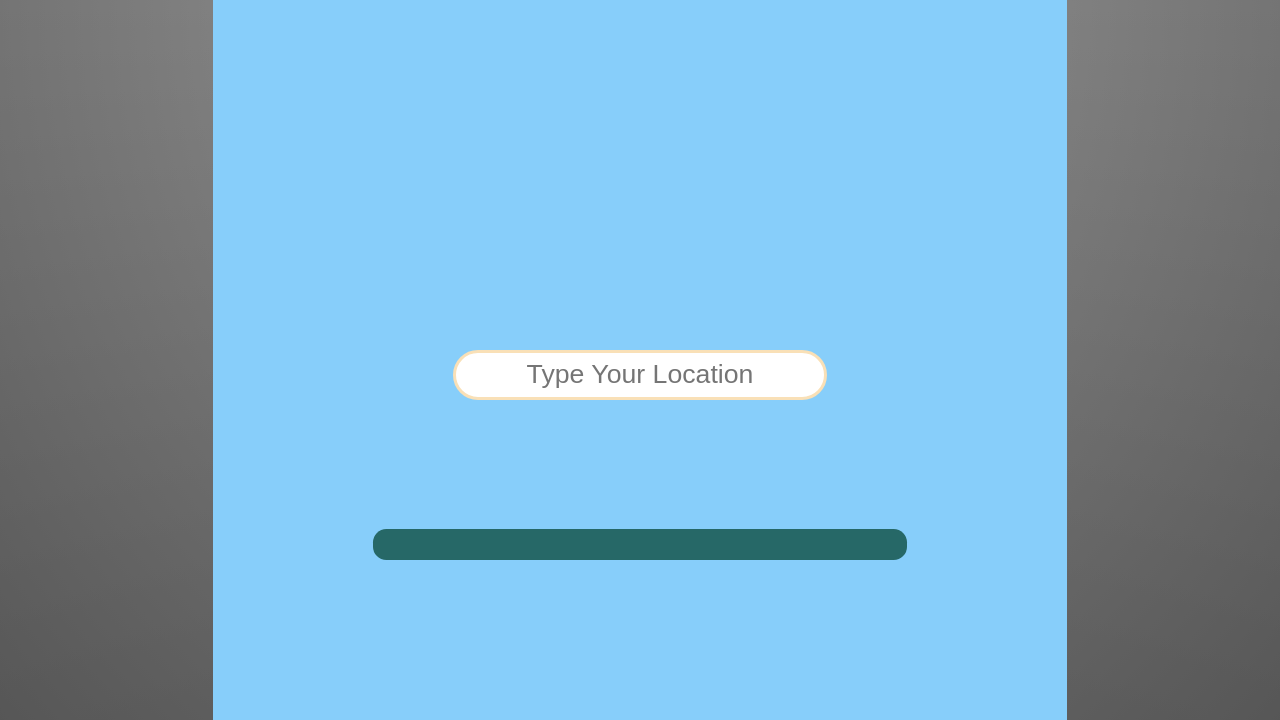
Repository: Heidingg/weather_app
Page: /
These files come from the project's save history. The page is drawn as it stood at one moment and after the next save; the edit follows.
The browser window is 1280 px wide. The pictures show the whole page.
The project was rebuilt for these pictures with package versions that can differ from the ones it lists, and the page was loaded fresh each time. The framework's server and built-in components were replaced by stand-ins that run in the browser. Also part of the build but not shown: next.config.js.

Above is the page before, as saved 2023-01-23 01:49:37.

### pages/index.js
import Head from 'next/head';
import Image from 'next/image';
import { Inter } from '@next/font/google';
import styles from '../styles/Home.module.css';
import { useState } from 'react';
import React from 'react';
import axios from 'axios';

const inter = Inter({ subsets: ['latin'] })

export default function Home() {

  const [location, setLocation] = useState('');
  const [data, setData] = useState({});
  const [weather, setWeather] = useState();
  const [main, setMain] = useState();
  const [wind, setWind] = useState();
  const [errorMessage, setErrorMessage] = useState('');
  const [icon, setIcon] = useState('');
  var lang = "en";
  var units = "metric";
  var apiKey = "8a3b66428312171f7c96dafa7cbc5a31";

  const url = `https://api.openweathermap.org/data/2.5/weather?q=${location}&units=${units}&appid=${apiKey}&lang=${lang}`;


  const searchLocation = (event) => {
    if (event.key === 'Enter') {
      axios.get(url)
        .then((response) => {
          console.clear();
          setData(response.data);
          console.log(response.data);
          setWeather(response.data.weather);
          setMain(response.data.main)
          setWind(response.data.wind);
          setIcon(response.data.icon);
          setErrorMessage("");
        }).catch(err => {
          console.log(err);
          setErrorMessage("Please enter another location");
          setData({});
          setWeather();
          setMain();
          setWind();
          setIcon();
        })
      setLocation('')
    }
  }


  return (
    <>
      <Head>
        <title>Loweather</title>
        <meta name="description" content="Generated by create next app" />
        <meta name="viewport" content="width=device-width, initial-scale=1" />
        <link rel="icon" href="cloudy.png" alt=""/>
      </Head>

      <main className={styles.main}>
        <div className={styles.location}></div>
          <div className={styles.locationIcon}>
          <div className={styles.locationName}>
            {data.name}
          </div>
        </div>

        <div className={styles.errorMess}>{errorMessage}</div>

        <input id={styles.input}
          value={location}
          onChange={event => setLocation(event.target.value)}
          placeholder="Type Your Location"
          onKeyDown={searchLocation}
          type="text"
        >
        </input>


    <div className={styles.searchContainer}></div>
        <div className={styles.weatherData}>
          <div className={styles.weatherCondition}>
            {
              weather && weather.map((w, index) => {
                return (
                  <div key={index}>
                    <img className={styles.iconStyle} src={`http://openweathermap.org/img/wn/${w.icon}@2x.png`}></img>

                  </div>
                )
              })
            }
          </div>

          {
            weather && weather.map((w, index) => {
              return (
                <div key={index}>
                  <div className={styles.description}>{w.description}</div>
                </div>
              )
            })
          }

          {
            main && weather.map(() => {
              return (
                <div>
                  <div className={styles.weatherTemp}> {main.temp}&#176;C</div>
                  <div className={styles.weatherFeel}>Feels like: {main.feels_like}&#176;C</div>
                </div>

              )
            })
          }

          {
            wind && weather.map(() => {
              return (
                <div>
                  <div className={styles.weatherWind}>Wind: {wind.gust} m/s</div>
                </div>
              )
            })
          }

        </div>
      </main>
    </>
)
}

### styles/globals.css
:root {
  --max-width: 1100px;
  --border-radius: 12px;
  --font-mono: ui-monospace, Menlo, Monaco, 'Cascadia Mono', 'Segoe UI Mono',
    'Roboto Mono', 'Oxygen Mono', 'Ubuntu Monospace', 'Source Code Pro',
    'Fira Mono', 'Droid Sans Mono', 'Courier New', monospace;

  --foreground-rgb: 0, 0, 0;
  --background-start-rgb: 214, 219, 220;
  --background-end-rgb: 255, 255, 255;

  --primary-glow: conic-gradient(
    from 180deg at 50% 50%,
    #16abff33 0deg,
    #0885ff33 55deg,
    #54d6ff33 120deg,
    #0071ff33 160deg,
    transparent 360deg
  );
  --secondary-glow: radial-gradient(
    rgba(255, 255, 255, 1),
    rgba(255, 255, 255, 0)
  );

  --tile-start-rgb: 239, 245, 249;
  --tile-end-rgb: 228, 232, 233;
  --tile-border: conic-gradient(
    #00000080,
    #00000040,
    #00000030,
    #00000020,
    #00000010,
    #00000010,
    #00000080
  );

  --callout-rgb: 238, 240, 241;
  --callout-border-rgb: 172, 175, 176;
  --card-rgb: 180, 185, 188;
  --card-border-rgb: 131, 134, 135;
}

@media (prefers-color-scheme: dark) {
  :root {
    --foreground-rgb: 255, 255, 255;
    --background-start-rgb: 0, 0, 0;
    --background-end-rgb: 0, 0, 0;

    --primary-glow: radial-gradient(rgba(1, 65, 255, 0.4), rgba(1, 65, 255, 0));
    --secondary-glow: linear-gradient(
      to bottom right,
      rgba(1, 65, 255, 0),
      rgba(1, 65, 255, 0),
      rgba(1, 65, 255, 0.3)
    );

    --tile-start-rgb: 2, 13, 46;
    --tile-end-rgb: 2, 5, 19;
    --tile-border: conic-gradient(
      #ffffff80,
      #ffffff40,
      #ffffff30,
      #ffffff20,
      #ffffff10,
      #ffffff10,
      #ffffff80
    );

    --callout-rgb: 20, 20, 20;
    --callout-border-rgb: 108, 108, 108;
    --card-rgb: 100, 100, 100;
    --card-border-rgb: 200, 200, 200;
  }
}

* {
  box-sizing: border-box;
  padding: 0;
  margin: 0;
  font-family: "Montserrat", sans-serif;
  font-size: 20pt;
}

.input{
  width: 80%;
  display: flex;
  background-color: light yellowgreen;
}

.input.input-placeholder{
  outline: none;
    padding: 0.4em 1em;
    color: lightseagreen;
    font-family: inherit;
    font-size: 22px;
    width: 520px;
    height: 43px;
}

html,
body {
  display: flex;
  justify-content: center;
  align-items: center;
  height: 100vh;
  background: linear-gradient(to bottom, rgba(255,255,255,0.15) 0%, rgba(0,0,0,0.15) 100%), radial-gradient(at top center, rgba(255,255,255,0.40) 0%, rgba(0,0,0,0.40) 120%) #989898;
  background-blend-mode: multiply,multiply;
}

body {
  color: rgb(var(--foreground-rgb));
  background: linear-gradient(
      to bottom,
      transparent,
      rgb(var(--background-end-rgb))
    )
    rgb(var(--background-start-rgb));
}

a {
  color: inherit;
  text-decoration: none;
}

@media (prefers-color-scheme: dark) {
  html {
    color-scheme: dark;
  }
}

### styles/Home.module.css
.main {
  display: flex;
  flex-direction: column;
  justify-content: space-between;
  align-items: center;
  padding: 6rem;
  min-height: 100vh;
  background-color: lightskyblue;
}

.description {
  display: inherit;
  justify-content: inherit;
  align-items: inherit;
  max-width: var(--max-width);
  width: 100%;
  z-index: 2;
  text-transform: capitalize;

}
.iconStyle{
  width: 200px;
  height: 200px;
}
.weatherData{
  text-align: center;
}
.weatherTemp{
  font-size: 50px;
  margin-top:30px
}
.weatherFeel{
  font-size: 20px;
margin-top: 20px;
}
.weatherWind{
  font-size: 20px;

}
.description a {
  display: flex;
  justify-content: center;
  align-items: center;
  gap: 0.5rem;

}

.description p {
  position: relative;
  margin: 0;
  padding: 1rem;
  background-color: rgba(var(--callout-rgb), 0.5);
  border: 1px solid rgba(var(--callout-border-rgb), 0.3);
  border-radius: var(--border-radius);
}

.code {
  font-weight: 700;
  font-family: var(--font-mono);
}

.grid {
  display: grid;
  grid-template-columns: repeat(4, minmax(25%, auto));
  width: var(--max-width);
  max-width: 100%;
}

.card {
  padding: 1rem 1.2rem;
  border-radius: var(--border-radius);
  background: rgba(var(--card-rgb), 0);
  border: 1px solid rgba(var(--card-border-rgb), 0);
  transition: background 200ms, border 200ms;
}

.card span {
  display: inline-block;
  transition: transform 200ms;
}

.card h2 {
  font-weight: 600;
  margin-bottom: 0.7rem;
}

.card p {
  margin: 0;
  opacity: 0.6;
  font-size: 0.9rem;
  line-height: 1.5;
  max-width: 30ch;
}

.center {
  display: flex;
  justify-content: center;
  align-items: center;
  position: relative;
  padding: 4rem 0;
}
#input{
  margin: 10px;
border: 3px solid #f9e0b7;
border-radius: 30px;
text-align: center;
width: 70%;
height: 50px;
}

.center::before {
  background: var(--secondary-glow);
  border-radius: 50%;
  width: 480px;
  height: 360px;
  margin-left: -400px;
}

.center::after {
  background: var(--primary-glow);
  width: 240px;
  height: 180px;
  z-index: -1;
}

.center::before,
.center::after {
  content: '';
  left: 50%;
  position: absolute;
  filter: blur(45px);
  transform: translateZ(0);
}

.logo,
.thirteen {
  position: relative;
}

.thirteen {
  display: flex;
  justify-content: center;
  align-items: center;
  width: 75px;
  height: 75px;
  padding: 25px 10px;
  margin-left: 16px;
  transform: translateZ(0);
  border-radius: var(--border-radius);
  overflow: hidden;
  box-shadow: 0px 2px 8px -1px #c9a5a51a;
}

.thirteen::before,
.thirteen::after {
  content: '';
  position: absolute;
  z-index: -1;
}

/* Conic Gradient Animation */
.thirteen::before {
  animation: 6s rotate linear infinite;
  width: 200%;
  height: 200%;
  background: var(--tile-border);
}

/* Inner Square */
.thirteen::after {
  inset: 0;
  padding: 1px;
  border-radius: var(--border-radius);
  background: linear-gradient(
    to bottom right,
    rgba(var(--tile-start-rgb), 1),
    rgba(var(--tile-end-rgb), 1)
  );
  background-clip: content-box;
}

/* Enable hover only on non-touch devices */
@media (hover: hover) and (pointer: fine) {
  .card:hover {
    background: rgba(var(--card-rgb), 0.1);
    border: 1px solid rgba(var(--card-border-rgb), 0.15);
  }

  .card:hover span {
    transform: translateX(4px);
  }
}

@media (prefers-reduced-motion) {
  .thirteen::before {
    animation: none;
  }

  .card:hover span {
    transform: none;
  }
}

/* Mobile */
@media (max-width: 700px) {
  .content {
    padding: 4rem;
  }

  .grid {
    grid-template-columns: 1fr;
    margin-bottom: 120px;
    max-width: 320px;
    text-align: center;
  }

  .card {
    padding: 1rem 2.5rem;
  }

  .card h2 {
    margin-bottom: 0.5rem;
  }

  .center {
    padding: 8rem 0 6rem;
  }

  .center::before {
    transform: none;
    height: 300px;
  }

  .description {
    font-size: 0.8rem;
  }

  .description a {
    padding: 1rem;
  }

  .description p,
  .description div {
    display: flex;
    justify-content: center;
    position: fixed;
    width: 100%;
  }

  .description p {
    align-items: center;
    inset: 0 0 auto;
    padding: 2rem 1rem 1.4rem;
    border-radius: 0;
    border: none;
    border-bottom: 1px solid rgba(var(--callout-border-rgb), 0.25);
    background: linear-gradient(
      to bottom,
      rgba(var(--background-start-rgb), 1),
      rgba(var(--callout-rgb), 0.5)
    );
    background-clip: padding-box;
    backdrop-filter: blur(24px);
  }

  .description div {
    align-items: flex-end;
    pointer-events: none;
    inset: auto 0 0;
    padding: 2rem;
    height: 200px;
    background: linear-gradient(
      to bottom,
      transparent 0%,
      rgb(var(--background-end-rgb)) 40%
    );
    z-index: 1;
  }
}

/* Tablet and Smaller Desktop */
@media (min-width: 701px) and (max-width: 1120px) {
  .grid {
    grid-template-columns: repeat(2, 50%);
  }
}

@media (prefers-color-scheme: dark) {
  .vercelLogo {
    filter: invert(1);
  }

  .logo,
  .thirteen img {
    filter: invert(1) drop-shadow(0 0 0.3rem #ffffff70);
  }
}

@keyframes rotate {
  from {
    transform: rotate(360deg);
  }
  to {
    transform: rotate(0deg);
  }
}



div.weatherData {
  display: flex;
  flex-direction: column;
  align-items: left;
  justify-content: center;
  line-height: 30pt;
  background-color: #266867;
  padding-top: 3pt;
  padding-bottom: 1rem;
  border-radius: 10pt;
  width: 20rem;
}

div.weatherCondition {
  text-align: center;
  color: green;
}

.weatherDesc {
  display: flex;
  flex-direction: row;
  align-items: left;

}

div.locationName {
  font-size: 30pt;
  color: darkgreen;
  font-weight: 600;
}

Loaded but not shown: pages/_app.js (common file); pages/_document.js (common file)

After the next save:
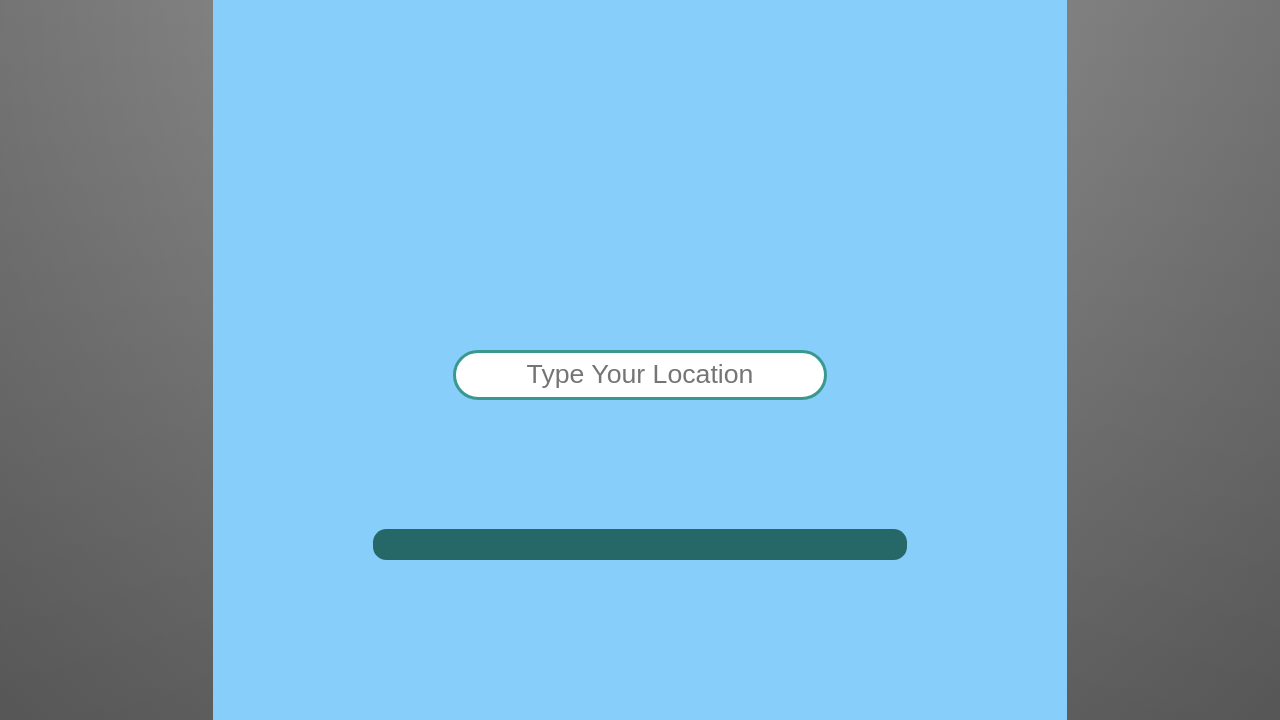
Saved 90 s later.
--- a/styles/Home.module.css
+++ b/styles/Home.module.css
@@ -101,7 +101,7 @@ margin-top: 20px;
 }
 #input{
   margin: 10px;
-border: 3px solid #f9e0b7;
+border: 3px solid #39998e;
 border-radius: 30px;
 text-align: center;
 width: 70%;
